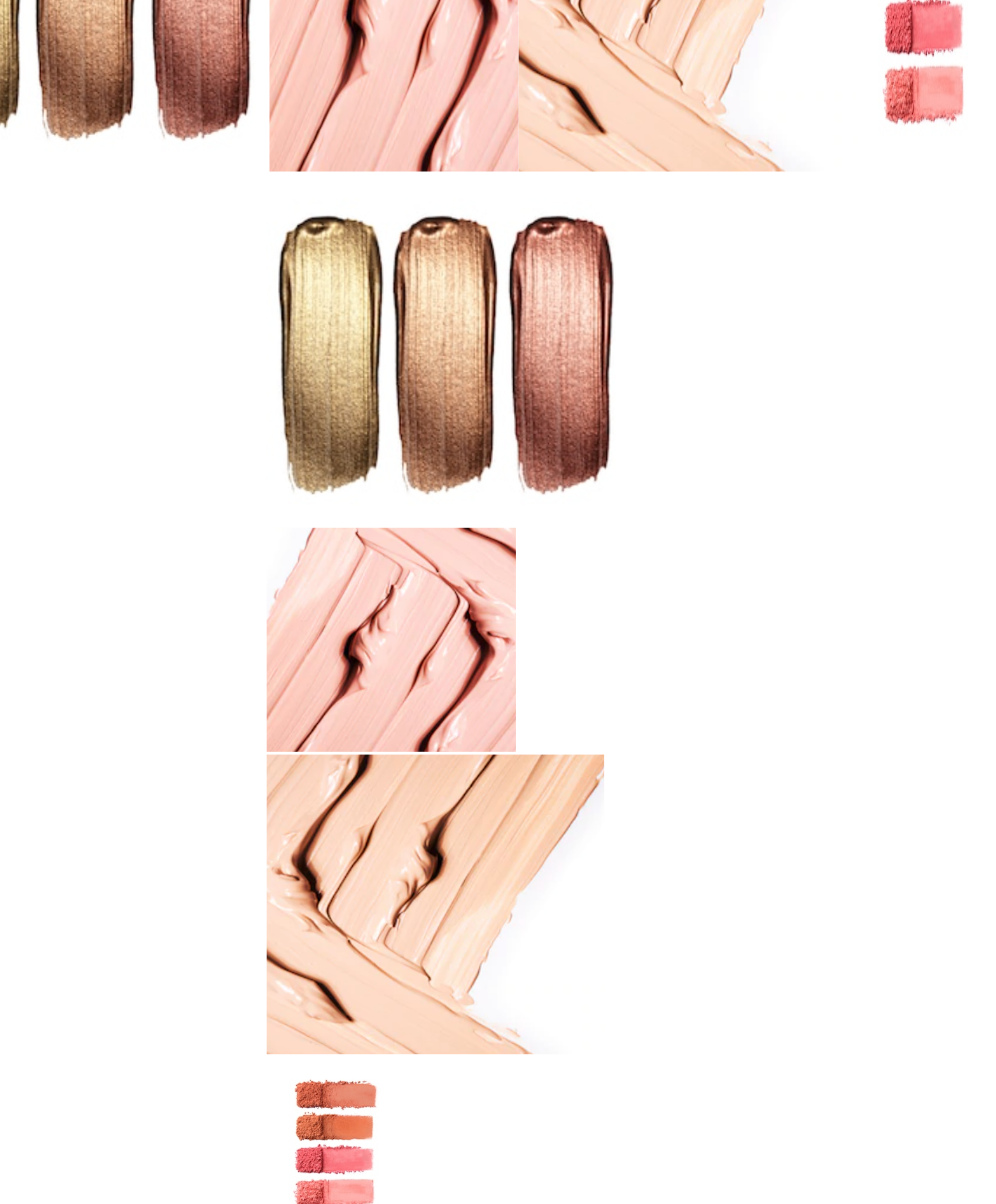
Repository: kaitlynMidori/MakeMeUp
Page: index.html
An editor plug-in stored every save of this project. The page is shown before and after the next save, followed by the edit.
The browser window is 1280 px wide. The page is 1423 px wide, so the pictures cover 1423 px, including what lies to the right of the window. The pictures show the part of the page from y = 400 to 2120 px (the page is 2662 px tall before and 1525 px after), at 70% of full size.

Above is the page before, as saved 2020-12-14 12:49:56.

After the next save:
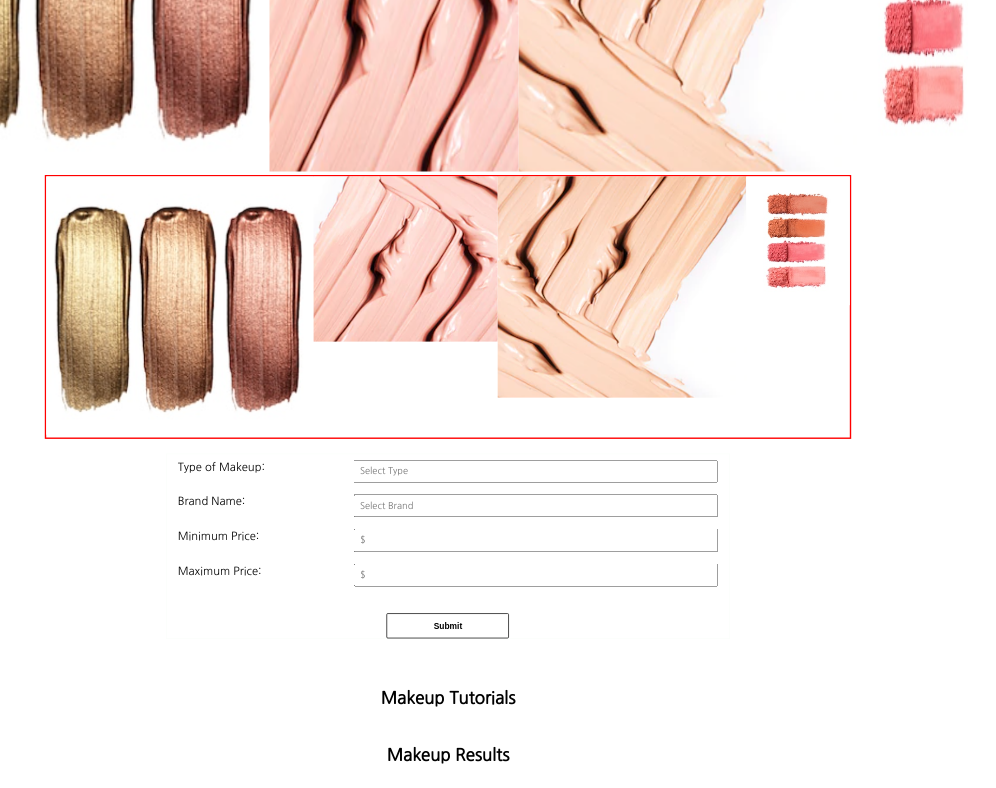
Saved 3 s later.
--- a/style.css
+++ b/style.css
@@ -58,6 +58,13 @@ body, html {
     max-height: 100%;
     object-fit: scale-down;
 } */
+
+.image-container {
+    display: flex;
+    width: auto;
+    height: auto;
+    border: 2px solid red;
+}
 
 /* Form styling */
 .formWrapper {
